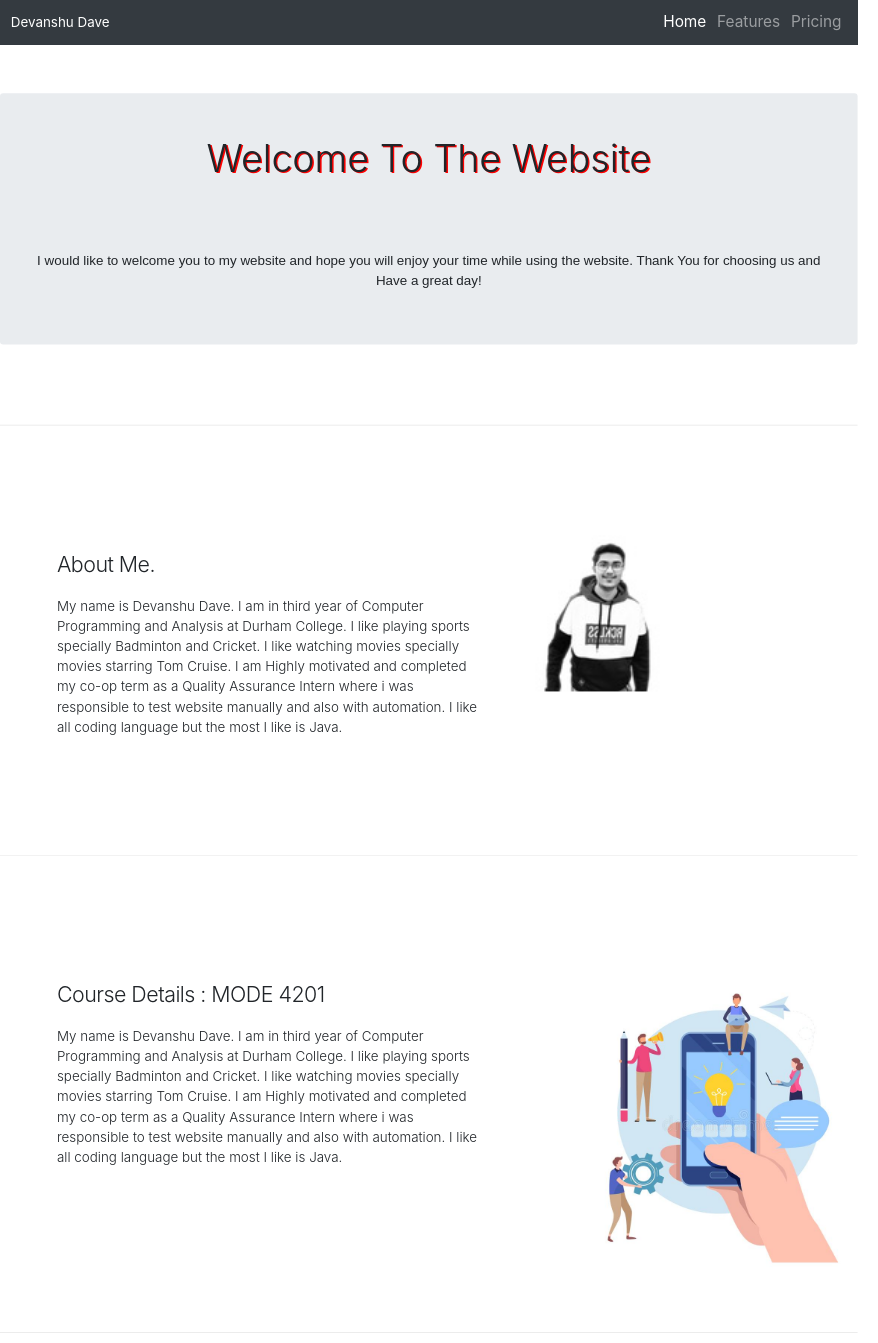
Repository: devanshudave1901/Mobile-Dev-Website
Page: index.html
The author's editor kept a copy of each file at every save. The page is drawn from the files as they stood at one save, then again after the next save.
The browser window is 1280 px wide. The page is 1310 px wide, so the pictures cover 1310 px, including what lies to the right of the window. The pictures show the whole page, at 67% of full size.
Some web libraries are served in a nearby version.

Above is the page before, as saved 2022-10-05 01:18:06.

After the next save:
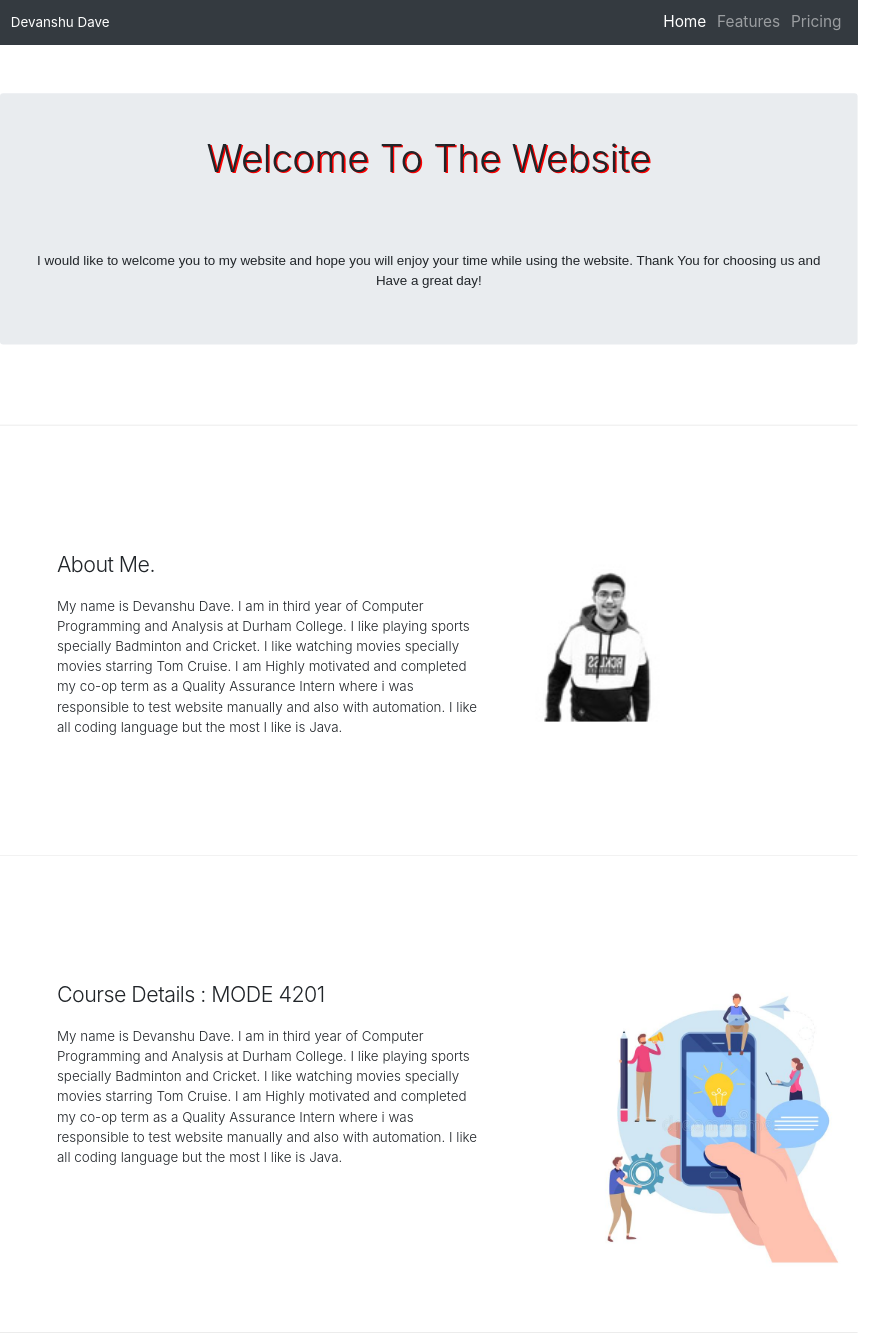
Saved 16 s later.
--- a/index.html
+++ b/index.html
@@ -36,6 +36,7 @@
       }
       .profileIamge {
         width: 250px;
+        margin-top: 10%;
         left: 100px;
       }
       .mobileDevProfile {

After the save that followed:
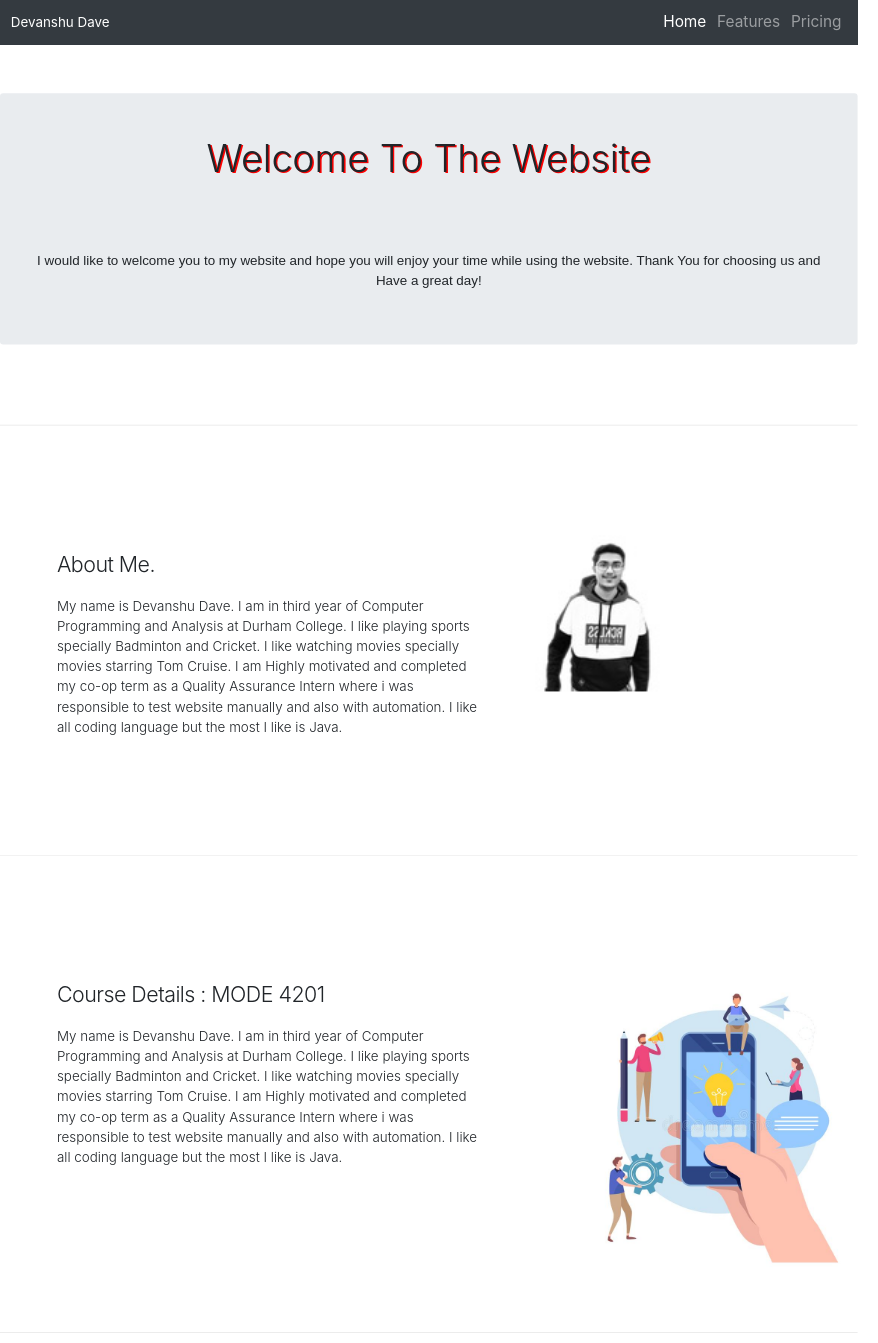
Saved 8 s later.
--- a/index.html
+++ b/index.html
@@ -36,7 +36,7 @@
       }
       .profileIamge {
         width: 250px;
-        margin-top: 10%;
+
         left: 100px;
       }
       .mobileDevProfile {
